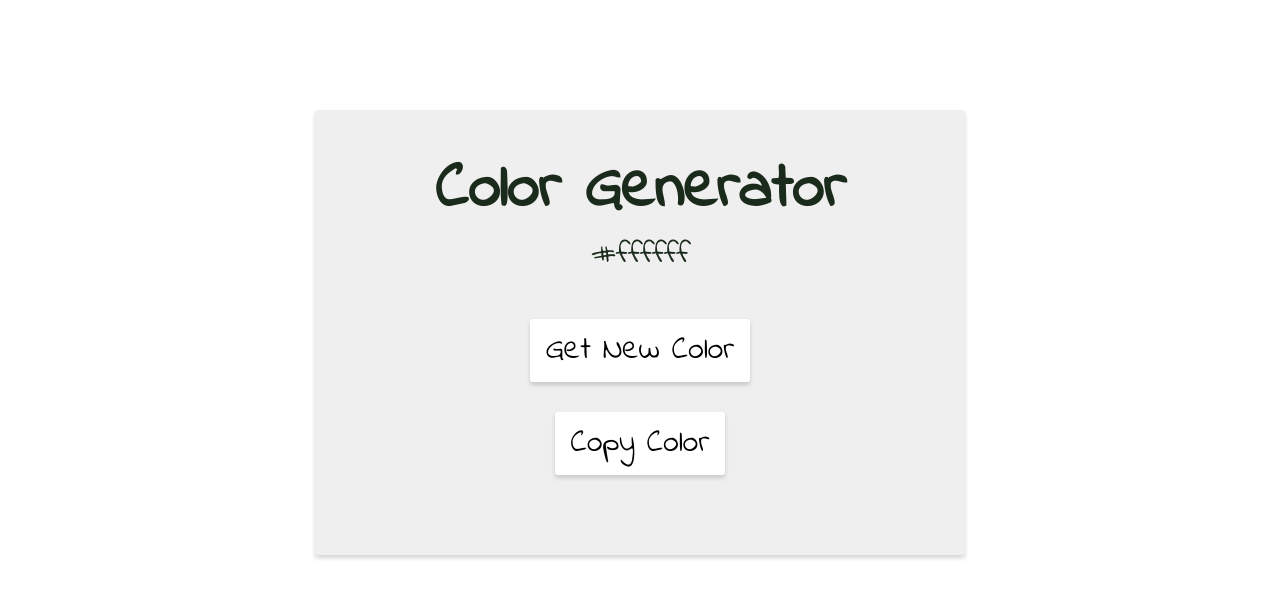
Repository: codimis/JSB-01-Color-Changer
Page: index.html
An editor plug-in stored every save of this project. The page is shown before and after the next save, followed by the edit.
The browser window is 1280 px wide. The pictures show the whole page.
After loading, the first visible `#copyColor` was clicked once.

Above is the page before, as saved 2021-09-17 02:22:53.
Console error: TypeError: currentColor.innerText.select is not a function

After the next save:
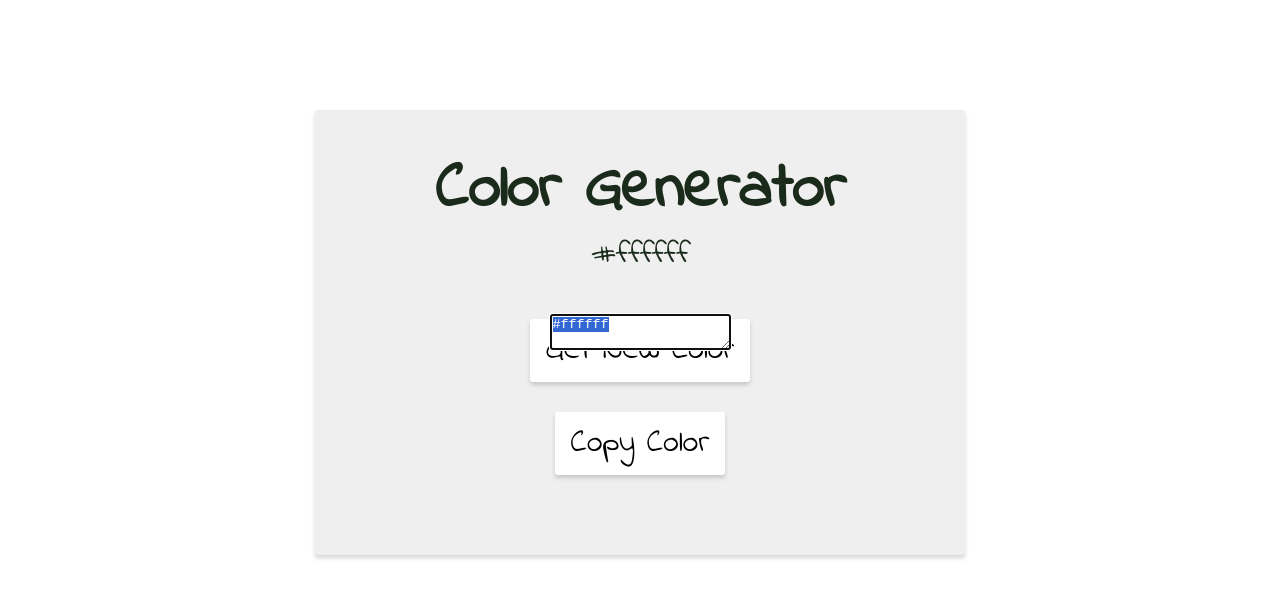
The error is gone.
Saved 2 min 47 s later.
--- a/color.js
+++ b/color.js
@@ -24,6 +24,12 @@ const setColor = () => {
 }
 
 const copyColor = () => {
-    currentColor.innerText.select()
+    let color = currentColor.innerText
+    const tempTextArea = document.createElement('textarea')
+    tempTextArea.value = color
+    tempTextArea.setAttribute('readonly','')
+    tempTextArea.style.position = 'absolute'
+    document.body.appendChild(tempTextArea)
+    tempTextArea.select()
     document.execCommand('copy')
 }
